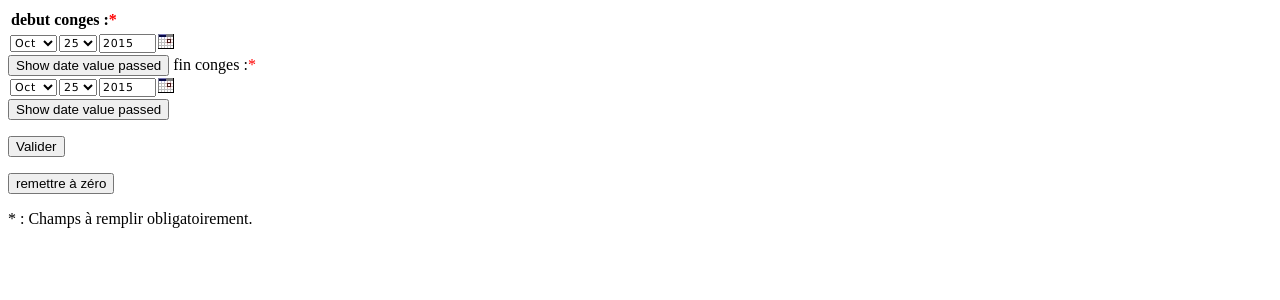
Repository: Iankills/TB-IR331
Page: http://localhost/gestConges_WebGUI/nouveau_conges.jsp
An editor plug-in stored every save of this project. The page is shown before and after the next save, followed by the edit.
The browser window is 1280 px wide. The pictures show the whole page.
The page is served by Tomcat 9. Other server files are loaded and not shown.

Above is the page before, as saved 2015-10-29 09:48:27.

### workspace-gestconges/gestConges_WebGUI/WebContent/nouveau_conges.jsp
<%@ page language="java" contentType="text/html; charset=ISO-8859-1"
	pageEncoding="ISO-8859-1"%>
<!DOCTYPE html PUBLIC "-//W3C//DTD HTML 4.01 Transitional//EN" "http://www.w3.org/TR/html4/loose.dtd">
<html>
<head>
<meta http-equiv="Content-Type" content="text/html; charset=ISO-8859-1">
<title>Création Conges</title>
<!-- test du script -->
<script type="text/javascript" src="calendarDateInput.js">

/***********************************************
* Jason's Date Input Calendar- By Jason Moon http://calendar.moonscript.com/dateinput.cfm
* Script featured on and available at http://www.dynamicdrive.com
* Keep this notice intact for use.
***********************************************/
</script>
<!-- Fin test du script -->

</head>
<body>

	<form method="get" action="template.jsp">

		<input type="hidden" name="action" value="traitement_conges" />
		<table id="affichage">
			<tr>
				<th>debut conges :<font color="red">*</font></th>
				<!-- <td><input type="text" name='debutconges' placeholder="format jj/mm/aaaa" /></td> -->
				<script>DateInput('debutconges', true, 'DD/MM/YYYY')</script>
				<input type="button" name='debutconges' onClick="alert(this.form.debutconges.value)" value="Show date value passed">
			</tr>

			<tr>
				<th>fin conges :<font color="red">*</font></th>
			    <!-- <td><input type="text" name='finconges' placeholder="format jj/mm/aaaa" /></td> -->
			    <script>DateInput('finconges', true, 'DD/MM/YYYY')</script>
				<input type="button" onClick="alert(this.form.finconges.value)" value="Show date value passed">
				</td>
			</tr>
		</table>
		<p><input type="submit" value="Valider" /></p>
		<p><input type="reset" value="remettre à zéro" /></p>
		<p class="erreur">* : Champs à remplir obligatoirement.</p>
	</form>
</body>
</html>

Loaded but not shown: workspace-gestconges/gestConges_WebGUI/WebContent/calendarDateInput.js (591 lines, source omitted)

After the next save:
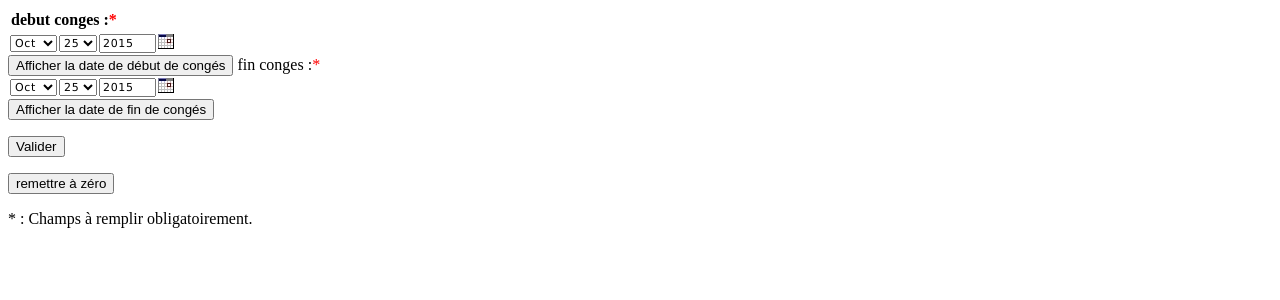
Saved 32 s later.
--- a/workspace-gestconges/gestConges_WebGUI/WebContent/nouveau_conges.jsp
+++ b/workspace-gestconges/gestConges_WebGUI/WebContent/nouveau_conges.jsp
@@ -27,14 +27,14 @@
 				<th>debut conges :<font color="red">*</font></th>
 				<!-- <td><input type="text" name='debutconges' placeholder="format jj/mm/aaaa" /></td> -->
 				<script>DateInput('debutconges', true, 'DD/MM/YYYY')</script>
-				<input type="button" name='debutconges' onClick="alert(this.form.debutconges.value)" value="Show date value passed">
+				<input type="button" name='debutconges' onClick="alert(this.form.debutconges.value)" value="Afficher la date de début de congés">
 			</tr>
 
 			<tr>
 				<th>fin conges :<font color="red">*</font></th>
 			    <!-- <td><input type="text" name='finconges' placeholder="format jj/mm/aaaa" /></td> -->
 			    <script>DateInput('finconges', true, 'DD/MM/YYYY')</script>
-				<input type="button" onClick="alert(this.form.finconges.value)" value="Show date value passed">
+				<input type="button" onClick="alert(this.form.finconges.value)" value="Afficher la date de fin de congés">
 				</td>
 			</tr>
 		</table>
